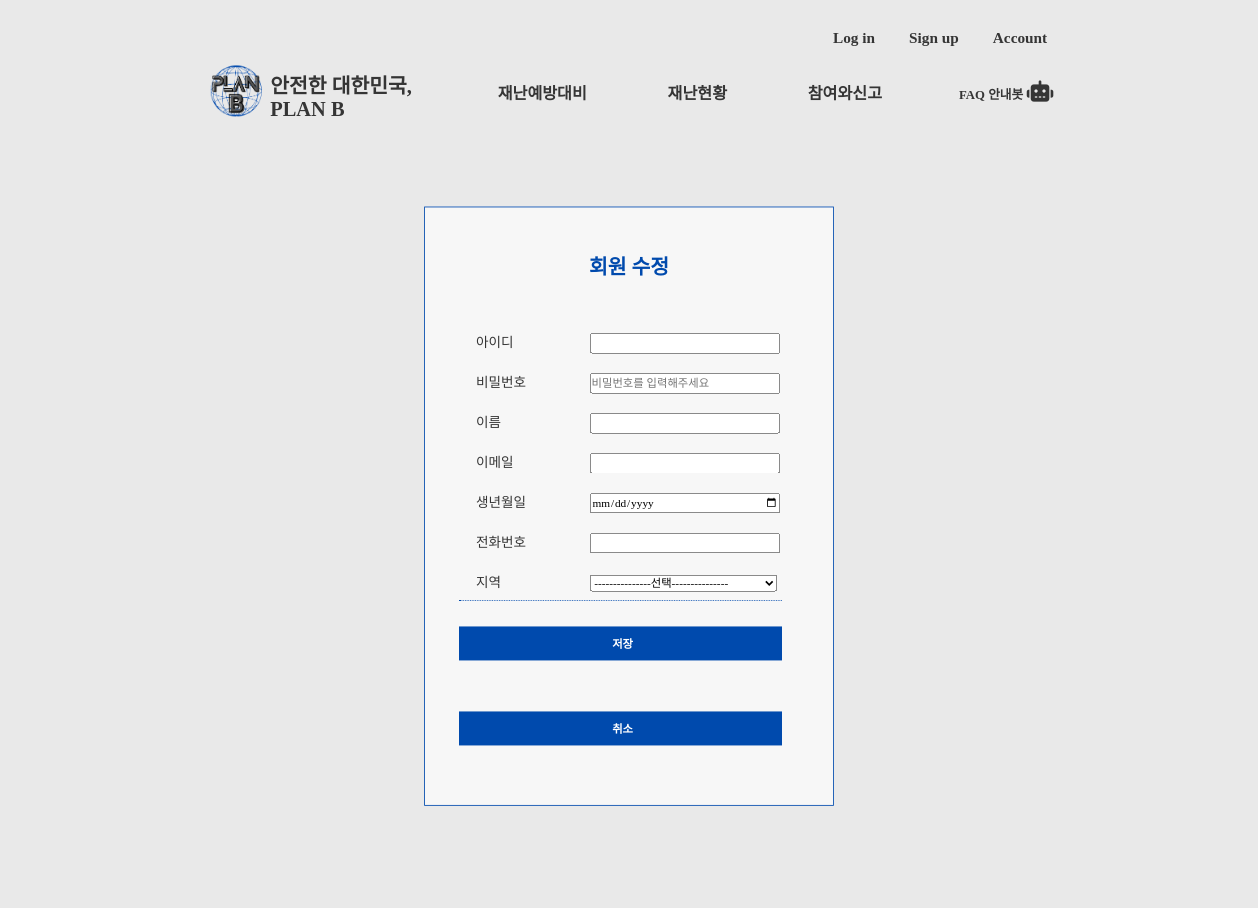
Repository: finalteam4/final
Page: http://localhost/member/update
An editor plug-in stored every save of this project. The page is shown before and after the next save, followed by the edit.
The browser window is 1280 px wide. The page is 1480 px wide, so the pictures cover 1480 px, including what lies to the right of the window. The pictures show the whole page, at 85% of full size.
Some web libraries are served in a nearby version. The page is this project's Thymeleaf template; nobody is signed in. The template is opened directly, without the code that normally fills it, so the values that code supplies are empty.

Above is the page before, as saved 2024-02-08 06:57:35.

### final/src/main/resources/templates/member/update.html
<!DOCTYPE html>
<html xmlns:th="http://www.thymeleaf.org">
<head>
<meta charset="UTF-8">
<title>회원정보...</title>
<link rel="stylesheet" th:href="@{/css/style.css}">
</head>
<body>
   <div class="ch">
    <div th:replace="~{header}"></div>
	<div id="container">
	  <section id="update">
		<h2>회원 수정</h2>
		<form th:action="@{/member/update}" method="post">
		<input type="hidden" name="id" th:value="${member.id}">
		   <fieldset>
		  	<ul>
		  		<li>
		  			<label for="memberId">아이디</label>
		  			<input type="text" name="memberId" readonly
		  				id="memberId" th:value="${member.memberId}">
		  		</li>
		  		<li>
		  			<label for="password">비밀번호</label>
		  			<input type="password" name="password"
		  			    id="password" placeholder="비밀번호를 입력해주세요">
		  		</li>
		  		<li>
		  			<label for="name">이름</label>
		  			<input type="text" name="name"
		  			    id="name" th:value="${member.name}">
		  		</li>
		  		<li>
		  			<label for="memberEmail">이메일</label>
		  			<input type="text" name="memberEmail"
		  			    id="memberEmail" th:value="${member.memberEmail}">
		  		</li>
		  		<li>
		  			<label for="memberAge">생년월일</label>
		  			<input type="date" name="memberAge"
		  			    id="memberAge" th:value="${member.memberAge}">
		  		</li>
		  		<li>
		  			<label for="mnumber">전화번호</label>
		  			<input type="text" name="mnumber"
		  			    id="mnumber" th:value="${member.mnumber}">
		  		</li>
		  		<li>
		  			<label for="memberArea">지역</label>
		  			 <select name="memberArea" id="memberArea" th:value="${member.memberArea}">
						    <option value="">---------------선택---------------</option>
						    <option value="서울특별시">서울특별시</option>
						    <option value="부산광역시">부산광역시</option>
						    <option value="대구광역시">대구광역시</option>
						    <option value="인천광역시">인천광역시</option>
						    <option value="광주광역시">광주광역시</option>
						    <option value="대전광역시">대전광역시</option>
						    <option value="울산광역시">울산광역시</option>
						    <option value="세종특별자치시">세종특별자치시</option>
						    <option value="경기도">경기도</option>
						    <option value="강원특별자치도">강원특별자치도</option>
						    <option value="충청북도">충청북도</option>
						    <option value="충청남도">충청남도</option>
						    <option value="전북특별자치도">전북특별자치도</option>
						    <option value="전라남도">전라남도</option>
						    <option value="경상북도">경상북도</option>
						    <option value="경상남도">경상남도</option>
						    <option value="제주특별자치도">제주특별자치도</option>
						</select>
		  		</li>
		  		<div class="line3"></div>
		  	    <li>
		  			<button type="submit" id="updatef">저장</button>
		  			<button type="reset" id="updatef">취소</button>
		  		</li>
		  	 </ul>
	  	    </fieldset>
	  	  </form>
	  	</section>
	</div>
	</div>
</body>
</html>

### final/src/main/resources/templates/header.html
<!DOCTYPE html>
<html xmlns:th="http://www.thymeleaf.org"
		xmlns:sec="http://www.thymeleaf.org/thymeleaf-extras-springsecurity6">
<head>
    <link rel="stylesheet" href="/css/Mainstyle.css">
    <script src="https://kit.fontawesome.com/6673aed616.js" crossorigin="anonymous"></script>
   	<script src="https://cdn.jsdelivr.net/npm/sockjs-client@1/dist/sockjs.min.js"></script>
	<script th:src="@{https://code.jquery.com/jquery-3.7.1.min.js}"></script>

</head>

<body>
    <header th:fragment="header-fragment">

        <section id="planB-header">
            <div class="planB-sidemenu">
            	<!-- 채채 페이지와 연결 -->
            	<th:block sec:authorize="isAnonymous()" >
	            	<a th:href="@{/login}">Log in</a>
	            	<a th:href="@{/member/join}">Sign up</a>
            	</th:block>
            	<a sec:authorize="isAuthenticated()" th:href="@{/logout}">Log out</a>

            	<a th:href="@{/member/account}">Account</a>
            </div>
			<!-- 프로젝트 로고 -->
            <div class="planB-menuWrap">
            	<a th:href="@{/}" class="main-img-logo">
           			<img th:alt="handmad_planB_logo" src="/images/planB-logo.png" style="width:60px; height:60px;">
           			<h2>안전한 대한민국,<br>PLAN B</h2>
            	</a>
          		<!-- 메인 메뉴 -->
	            <nav class="main-menu-wrap nav03">
	            	<div class="menu-container">
		            	<ul>
			            	<li class="main-menu-item">
			            		<a>재난예방대비</a>
			            		<!-- 서브메뉴 -->
			            		<ul class="submenu">
			            			<li>
		           						<a th:href="@{#}">자연재난 행동요령</a>
		           						<ul>
			            					<li><a th:href="@{/safeBehavior/Num1}">지진</a></li>
			            					<li><a th:href="@{/safeBehavior/Num4}">산사태</a></li>
			            					<li><a th:href="@{/safeBehavior/Num6}">대설</a></li>
			            				</ul>
		           					</li>
		           					<li>
		           						<a th:href="@{#}">사회재난 행동요령</a>
		           						<ul>
			            					<li><a th:href="@{/safeBehavior/Num2}">산불</a></li>
			            					<li><a th:href="@{/safeBehavior/Num3}">미세먼지</a></li>
			            					<li><a th:href="@{/safeBehavior/Num5}">붕괴</a></li>
			            				</ul>
		           					</li>
		           					<li>
			            				<a th:href="@{/contact/emer_contact}">비상연락망</a>
			            			</li>
			            		</ul>
			            	</li>
			            	<li class="main-menu-item">
			            		<a>재난현황</a>
			            		<!-- 서브메뉴 -->
			            		<ul class="submenu">
			            			<li>
			            				<a th:href="@{/data/data3}">지진</a>
			            			</li>
			            			<li>
			            				<a th:href="@{/data/data6}">산사태</a>
			            			</li>
			            			<li>
			            				<a th:href="@{/data/data7}">대기오염</a>
			            			</li>
			            			<li>
			            				<a th:href="@{/data/data5}">붕괴</a>
			            			</li>
			            			<li>
			            				<a th:href="@{/data/data2}">산불</a>
			            			</li>
									<!-- <li>
		           						<a th:href="@{/}">submenu 1</a>
		           						<ul>
			            					<li><a th:href="@{/}">child 1-1</a></li>
			            					<li><a th:href="@{/}">child 1-2</a></li>
			            					<li><a th:href="@{/}">child 1-3</a></li>
			            				</ul>
		           					</li> -->
			            		</ul>
			            	</li>
			            	<li class="main-menu-item">
			            		<a>참여와신고</a>
			            		<!-- 서브메뉴 -->
			            		<ul class="submenu">
			            			<li>
			            				<a th:href="@{/board/}">게시판</a>
			            				<ul>
			            					<li><a th:href="@{/noticeboard/}">공지사항</a></li>
			            					<li><a th:href="@{/infoboard/}">제보게시판</a></li>
			            					<li><a th:href="@{/qnaboard/}">질문게시판</a></li>
			            					<li sec:authorize="hasAnyAuthority('ADMIN')" >
			            						<a th:href="@{/report/}" style="color:red;">신고게시판</a>
			            					</li>
			            				</ul>
			            			</li>
			            			<li>
	                                   <a th:href="@{/ex/survey}" onclick="return alert('당신의 재난 지식을 점검하세요!')">체크리스트</a>
	                                </li>
			            			<li>
		           						<a th:href="@{#}" onclick="chatOpen()">채팅방</a>
		           					</li>
			            		</ul>
			            	</li>
		            	</ul>
			            <!-- FAQ 토글 버튼 -->
					    <div class="menu-bot-img" id="faqToggleButton">
					        <span>FAQ 안내봇</span>
					        <i class="fa-solid fa-robot" style="font-size:25px;"></i>
					    </div>
					    <!-- FAQ 오버레이 배경 -->
						<div id="faqOverlay"></div>
					    <!-- FAQ 컨테이너 -->
					    <div id="faqContainer" style="display:none;">
					        <!-- JavaScript가 여기에 질문 버튼을 동적으로 추가합니다 -->
					    </div>
		            </div>
	            </nav>
            </div> <!-- planB-menuWrap -->
        </section>
    </header>
<script th:src="@{/js/faq-chatbot.js}"></script>
<script th:src="@{/js/favicon.js}"></script>

<script th:inline="javascript">
    function chatOpen() {
        // 창의 크기
        let windowWidth = 820;
        let windowHeight = 400;

        // 뷰포트 크기 (스크롤바 고려)
        let viewportWidth = Math.max(document.documentElement.clientWidth || 0, window.innerWidth || 0);
        let viewportHeight = Math.max(document.documentElement.clientHeight || 0, window.innerHeight || 0);

        // 창의 위치
        let popupX = viewportWidth - windowWidth;
        let popupY = viewportHeight - windowHeight;

        // 새 창 열기
        window.open("/chat/", "채팅방", "width=" + windowWidth + ", height=" + windowHeight + ", left=" + popupX + ", top=" + popupY);
    }
</script>
</body>
</html>

### final/src/main/resources/static/css/style.css
@charset "UTF-8";


/* 공통 */

*{margin: 0; padding: 0; font-family: 'NanumSquareRound';}

html, body{height:auto; min-height:100%; min-width:1440px; width:100%; color: #353535; background: #e9e9e9;}

a{text-decoration: none; color:#353535; font-weight:900;}
a:hover{text-decoration: none; color: #004aad; font-weight:900;}
ul li{list-style: none;}




/* nagyung */


/* =============================================
                     header
================================================ */
#planB-header{width:100%; max-width:1024px; margin:0 auto;
	/* border:1px solid black; */ /* body: 1024px틀 마지막에 지울예정 */
}
/* header - 로그인, 회원가입, 마이페이지 */
.planB-sidemenu{
	width:100%;
	display:flex;
	justify-content: flex-end;
}
.planB-sidemenu a{padding: 15px 20px; font-size:18px;}
/* header - 로고, 메인메뉴, 챗봇 */
.planB-menuWrap{width:100%; display:flex; margin-bottom:10px;}
.main-img-logo{
	width:310px;
	display:flex;
	align-items: center;
	padding-left:20px;
	}
.main-img-logo h2{padding:10px 0 0 10px;  font-weight:900;}

.main-menu{
	width:90%;
	margin:0 auto;
	display:flex;
	justify-content: space-evenly;
    align-items: center;
    padding-top:20px;
    }
.main-menu a{font-size:19px; letter-spacing:1px;}
.main-menu span{font-size:15px;}
/*===============================================
 					footer
=================================================*/



/* chaehee */

.ch{
  width: 100%;
  padding: 20px;
  background-color: #E9E9E9;


  .container{width: 90%; padding: 30px; margin: 0 auto;}


/* login 스타일 */
  #login{
    margin: 100px auto;
    padding: 40px;
    width: 380px;
    background-color: #f7f7f7;
    border: 1px solid rgb(0, 74 , 173);
    flex-direction: column;
  }
  #login h2{
    text-align: center;
    margin: 20px;
    color: rgb(0, 74 , 173);
  }
  #login fieldset{
    border: none;
  }

  #login li input{
  	border-style: none;
    margin: 15px auto;
    padding: 0 10px 0 10px;
    width: 100%;
    height: 40px;
    text-indent: 5px;
  }
  #login #username,
  #login #password,
  #login #loginbutton,
  #login #joinf{
    box-sizing: border-box;
    border: 1px solid #004aad;
  }
  #login #loginbutton,
  #login #joinf{
    font-weight: bold;
  }
  #login #loginbutton{
    background-color: #004aad;
    color: white;
  }
  #login #joinf{
    background-color: white;
    color: #004aad;
  }
  .line {
    display:flex;
    flex-basis:100%;
    align-items:center;
    color:rgba(0,0,0,0.35);
    font-size:14px;
    margin:10px 0px;
  }
  .line::before{
    content:"";
    flex-grow:1;
    margin:0px 16px;
    background:rgba(0,0,0,0.35);
    height:1px;
    font-size:0px;
  }
  .line::after {
    content:"";
    flex-grow:1;
    margin:0px 16px;
    background:rgba(0,0,0,0.35);
    height:1px;
    font-size:0px;
  }

  /* join 스타일 */
  #join{
    margin: 100px auto;
    padding: 40px;
    width: 400px;
    background-color: #f7f7f7;
    border: 1px solid rgb(0, 74 , 173);
    flex-direction: column;
  }
  #join h2{
    text-align: center;
    margin: 10px 20px 50px 20px;
    color: rgb(0, 74 , 173);
  }
  #join fieldset{
    border: none;
  }
  #join label{
    display: inline-block;
    width: 120px;
    margin: 10px 0px 10px 20px;
  }
  #join input[type="text" i],
  #join input[type="password" i],
  #join input[type="date" i],
  #join select  {
  width: 220px;
  height: 20px;
  margin: 10px;
  }
  #join #joinf, #join #kakao, #join #naver, #join #google {
  	border-style: none;
    margin: 15px 10px;
    width: 380px;
    height: 40px;
    text-indent: 5px;
  }

  #join #joinf{
    background-color: #004aad;
    color: white;
    font-weight: bold;
  }
  /* account 스타일 */
  #account{
    width: 60%;
    margin: 100px auto;
    display: flex;
    border: 1px solid #004aad;
    background-color: #f5f5f5;
    max-width: 1024px;
  }
  #left{
    width: 40%;
    height: 100%;
  }
  #left #mimage{
    width: 50%;
    aspect-ratio: 1 / 1;
    margin: 20px auto;
    background-color: #dadada;
    border-radius: 50%;
    margin-top: 25%;
    overflow: hidden;
  }
   #left #mimage img{
   display: block;
   width: 100%;
   }
  #left h6{
    padding-bottom: 50px;
    text-align: center;
    font-size: 15px;
  }
  #left .mbutton{
    margin: 10% auto;
    padding: 5%;
    width: 50%;
    border-radius: 30px;
    text-align: center;
    color: white;
    font-weight: bold;
  }
  #left #update{
    background-color: #dadada;
    font-size: 15px;
  }
  #left #logout{
    background-color: #004aad;
    font-size: 15px;
  }
  #right{
    margin: auto;
    padding: 30px;
    width: 90%;
    height: 100%;
    display: flex;
    flex-direction: column;
    justify-content: center;
  }
  #right h5{
    width: 100%;
    margin: 10px;
  }
  #right .mcontent{
    display: flex;
    flex-direction: column;
    margin: 5px 0 25px 0;
    padding: 5px 0;
    width: 100%;
    background-color: #ececec;
    border-top: 1px solid #004aad;
    border-bottom: 1px solid #004aad;
    align-items: center;
  }
  #right .mcontent p{
	padding: 8px 0px;
    width: 90%;
    border-bottom: 1px dashed white;
    text-align: center;
  }
  #right .mcontent p:last-child {
  border-bottom: none;
}
  .line2 {
    border-left: 1px dotted #004aad;
    width: 0;
  }

/* update 스타일 */
  #update{
    margin: 100px auto;
    padding: 40px;
    width: 400px;
    background-color: #f7f7f7;
    border: 1px solid rgb(0, 74 , 173);
    flex-direction: column;
  }
  #update h2{
    text-align: center;
    margin: 10px 20px 50px 20px;
    color: rgb(0, 74 , 173);
  }
  #update fieldset{
    border: none;
  }
  #update label{
    display: inline-block;
    width: 120px;
    margin: 10px 0px 10px 20px;
  }
  #update input[type="text" i],
  #update input[type="password" i],
  #update input[type="date" i],
  #update select  {
  width: 220px;
  height: 20px;
  margin: 10px;
  }
  #update #updatef{
    border-style: none;
    margin: 15px 10px;
    width: 380px;
    height: 40px;
    text-indent: 5px;
  }

  #update #updatef{
  	margin: 30px 0;
    background-color: #004aad;
    color: white;
    font-weight: bold;
  }
 .line3 {
  margin-top: 30px 10px;
  border-top: 1px dotted #004aad;
  width: 380px;
  }



}

/* yubin */


.main-main {
	width:1024px;

    background-color: #d9d9d9;
    margin: 0 auto;
}
/* 메뉴 */
#state_sub{
		background: #1b4fa2 url(/images/titBg.jpg) no-repeat 50% 50%;
}
#state_sub .stateWrap > strong {
    display: block;
    margin-bottom: 30px;
    text-align: center;
    font-size: 44px;
    font-weight: 200;
    color: #fff;
    line-height: 1.1em;
}
#state_sub .stateWrap ul {
    text-align: center;
}
#state_sub .stateWrap ul li {
    display: inline-block;
    position: relative;
    margin: 0 24px;
    padding-bottom: 6px;
}
#state_sub .stateWrap ul li.active a strong {
    color: #fff;
    font-weight: 400;
}
#state_sub .stateWrap ul li a strong {
    display: block;
    font-size: 16px;
    font-weight: 200;
    color: rgba(255, 255, 255, 0.5);
}

/*산불페이지 */
.leftArea{
	float: left;

}
.leftArea img{
	width: 400px;
	height: 600px;
	margin: 10px 0 0 10px;
}
.rightArea{
	display:inline-block;
	margin-left: 20px;

}
.rightArea h2{
	margin-top: 20px;

}

.todayArea ul li{
	list-style: none;
	float: left;
    width: 183px;
    height: 110px;
    padding: 24px 0 0;
    margin-right: 10px;
    text-align: center;
    line-height: 1em;
    background: #f1f1f1;
    box-sizing: border-box;
    margin-top: 20px;
    margin-bottom: 20px;
}
/* 표 전체 스타일 */
.tableArea {
    width: 590px;
    height: 400px;
    margin-top:20px;
    overflow: auto; /* 내용이 넘칠 경우 스크롤 표시 */
}

/* 표 제목 스타일 */
.tableArea table {
    width: 100%;
    border-collapse: collapse;
    font-size: 14px;
}

/* 각 셀 스타일 */
.tableArea th, .tableArea td {
    border: 1px solid #ddd;
    padding: 8px;
    text-align: center;
}

/* 각 열 스타일 */
.tableArea th {
    background-color: #f0f0f0;
}

/* 각 행 스타일 */
.tableArea tr:hover {
    background-color: #f5f5f5;
}
 .terms317 img {

    width: 900px; /* 너비를 원하는 크기로 지정 */
    height: auto; /* 높이는 자동으로 조절됩니다. */

  }
.terms317 p{
	margin-left: 55px;
}
  .terms318 img {
    width: 300px; /* 너비를 원하는 크기로 지정 */
    height: auto; /* 높이는 자동으로 조절됩니다. */
  }

  .terms319 img {
    width: 250px; /* 너비를 원하는 크기로 지정 */
    height: auto; /* 높이는 자동으로 조절됩니다. */
  }

  .terms320 img {
    width: 550px; /* 너비를 원하는 크기로 지정 */
    height: auto; /* 높이는 자동으로 조절됩니다. */
  }

  .terms321 img {
    width: 550px; /* 너비를 원하는 크기로 지정 */
    height: auto; /* 높이는 자동으로 조절됩니다. */
  }


  .tabSlideWrap {
    padding: 10px;
  }

  .swiper-container-horizontal {
    position: relative;
    display: flex;
    justify-content: space-around;
  }

  .swiper-wrapper {
    list-style: none;
    padding: 0;
    margin: 0;
    display: flex;
  }

  .swiper-slide {
    margin-right: 20px;
  }

  .swiper-slide a {
    text-decoration: none;
    color: black;
    padding: 10px;
    display: block;
  }

  .swiper-slide a:hover {
    background-color: #f0f0f0;
  }
 /* 산불끝 */









/* KH */

/* 비상연락처 */

#container_emer h2{text-align:center; font-size: 3em; color:#e9e9e9; padding-top: 20px;
   margin-bottom: 50px;}
#container_emer{text-align: center; background-color: #e9e9e9;}
#emer_title{height: 95px; background-color:#004aad;}
#emer_tbl {border-collapse: collapse; margin: 20px auto;}
#emer_tbl td{width: 150px; height: 30px; border: 2px solid #ddd;
	padding: 8px; text-align: center; color: #363636; background-color:#f9f9f9;}
.region {cursor: pointer;}
#map {width: 1024px; height: 1024px;margin: 30px auto; background-color: rgba(255,255,255,1);
	}









/* sanghyun */

#content{
	width: 1024px;
	margin: 0px auto;
	height: 200vh;
}
h2.board_h2{
	color: #fff; text-align: center;
	width: 100%;
	height: 60px;
	background-color: #004aad;
	font-weight: bold;
	margin: 0;
	line-height: 60px;

}

#data_content{
	width: 100%;
	margin-top: 100px;
}

.news_section{
	margin: 50px 0px 0px 100px;
	width : 45%;
	border: 10px solid #fc80ac;
	display: block;
    float: left;
    padding: 10px;
    font-size:0.8rem;
}
.news_section p{
	margin: 5px;
}
.org_name{
	padding: 5px;
	font-size:1rem;
}
.board_section{
	display: block;
    float: left;
    margin: 50px 10px;
}


/* 게시판 */
.board_content{
	width: 100%;
	background-color: #fff;
	height: 100%;
}


.tbl_list {
	margin: 0 auto;
	width: 95%;
	text-align: center;
	border-collapse: collapse;
}
.tbl_list td, th{
	border-left: none;
	border-right: none;
	border-bottom: 1px solid black;
}
.td_title {width: 50%; text-overflow: ellipsis; white-space:nowrap;}

.board_btn {
   width: 90px;
   height: 35px;
   background-color: #cdcdcd;
   border: 1px solid #353535;
   border-radius: 10px;
   box-shadow: 2px 2px 4px rgba(0, 0, 0, 0.5);
   font-weight: bold;
}

.board_btn:hover{
	background-image: linear-gradient(to bottom right, #002255, #004aad);
	color: #fff;
}


/* 페이지 버튼 */
.pagination_btn {
    display: flex;
    justify-content: center;
    align-items: center; /* 수직 가운데 정렬 추가 */
    font-size: 15px;
    line-height: normal;
}

.page-box {
    margin: 0 10px;
    font-weight: bold;
    display: inline-block;
}

.page-num-btn {
    width: 20px;
    height: 20px;
    border-radius: 50%;
    margin: 5px auto;
}

.page-btn.disabled {
    pointer-events: none;
    cursor: default;
    color: #aaa;
}

.page-btn.active {
    display: inline-flex;
    align-items: center; /* 수직 가운데 정렬 추가 */
    justify-content: center;
    width: 30px;
    height: 30px;
    background-image: radial-gradient(ellipse, #0088FF, #004AAD);
    border-radius: 50%;
    color: #fff;
    text-align: center;
}

.page-btn.active .page-box {
    display: inline-block;
    color: #fff;
}

/* 게시판 검색창 */
.search_btn{
   width: 450px;
   height: 35px;
   margin: 0px auto;
   background-color: #cdcdcd;
   border: 1px solid #353535;
   border-radius: 10px;
   padding-top: 10px;
   box-shadow: 2px 2px 4px rgba(0, 0, 0, 0.5);
}

.search_btn2{
   width: 350px;
   height: 35px;
   margin: 0px auto;
   background-color: #cdcdcd;
   border: 1px solid #353535;
   border-radius: 10px;
   padding-top: 10px;
   box-shadow: 2px 2px 4px rgba(0, 0, 0, 0.5);
}

.toggle_btn{
   width: 80px;
   height: 25px;
   border: none;
   border-radius: 5px;
   text-align: center;
   background-color: #fff;
   margin: 0px 10px;
}
.search_box{
   width: 230px;
   height: 25px;
   border: none;
   border-radius: 5px;
   padding: 0px 10px;
}
.board_btn1 {
   width: 70px;
   height: 25px;
   border: none;
   border-radius: 0 5px 5px 0;
   border-left : 1px solid #000;
   background-color: rgba(0, 0, 0, 0);
   font-weight: semi-bold;
}
.board_btn2 {
   width: 50px;
   height: 25px;
   border: none;
   background-color: rgba(0, 0, 0, 0);
   font-weight: semi-bold;
}

/* 게시글 상세보기 */
.tbl_detail{
	width: 95%;
	margin: 0 auto;
}
.tbl_detail td, th{
	border-left: none;
	border-right: none;
}

/* 댓글 */
.replyform{
	width: 95%;
	margin: 0 auto;
}
.replyWrite{
	margin-top:10px;
	border-color:#ccc;
}
#rcontent{
	width:100%;
}
.reply_reply{
	margin-top: 10px;
}

/* 글쓰기 */
.custom-file-input {
    display: none; /* 숨김 */
}

.custom-file-label {
    width: 90px;
    height: 35px;
    background-color: #cdcdcd;
    border: 1px solid #353535;
    border-radius: 10px;
    box-shadow: 2px 2px 4px rgba(0, 0, 0, 0.5);
    font-weight: bold;
    display: flex;
    justify-content: center;
    align-items: center;
    cursor: pointer;
    float: left;
    margin-bottom: 10px;
    margin-right: 10px;
}

.custom-file-label:hover{
	background-image: linear-gradient(to bottom right, #002255, #004aad);
	color: #fff;
}

.file-name{
	line-height: 35px;
}

.form-control {
  display: block;
  width: 95%;
  border: 1px solid #dee2e6;
  border-radius: 0.375rem;
  margin: 0 auto;
  padding: 5px;
}

@media (prefers-reduced-motion: reduce) {
  .form-control {
    transition: none;
  }
}
.form-select {
  display: block;
  width: 95%;
  border: 1px solid #dee2e6;
  border-radius: 0.375rem;
  margin: 0 auto;
}
@media (prefers-reduced-motion: reduce) {
  .form-select {
    transition: none;
  }
}
/* 채팅방 */

@media (max-width: 1024px) {
  #content {
    width:100%;
  }
  table{
  font-size: 1.5vw
  }
  .search_btn{
  	width: 425px;
  }
}



@media (max-width: 425px) {
  #content {
    width:355px;
  }
  table{
  font-size: 10px;
  }
  .search_btn{
  	width:355px;
  }
}



/* 헤더 */
header #head_header nav{
	width: 100%;
	height: 80px;
	background: #e9e9e9;
	border-top: 1px solid #ccc;
	border-bottom: 1px solid #ccc;
}
header #head_header h1{
	text-align:center;
}
#top_menu{line-height: 80px; text-align:center;}
#top_menu li{display: inline-block; margin: 0 20px; }
#top_menu li a{color: #444; padding: 0 20px;}
#top_menu li a:hover{color: #111;}

Loaded but not shown: final/src/main/resources/static/js/faq-chatbot.js (83 lines, source omitted); final/src/main/resources/static/js/favicon.js (19 lines, source omitted); final/src/main/resources/static/css/Mainstyle.css (775 lines, source omitted)

After the next save:
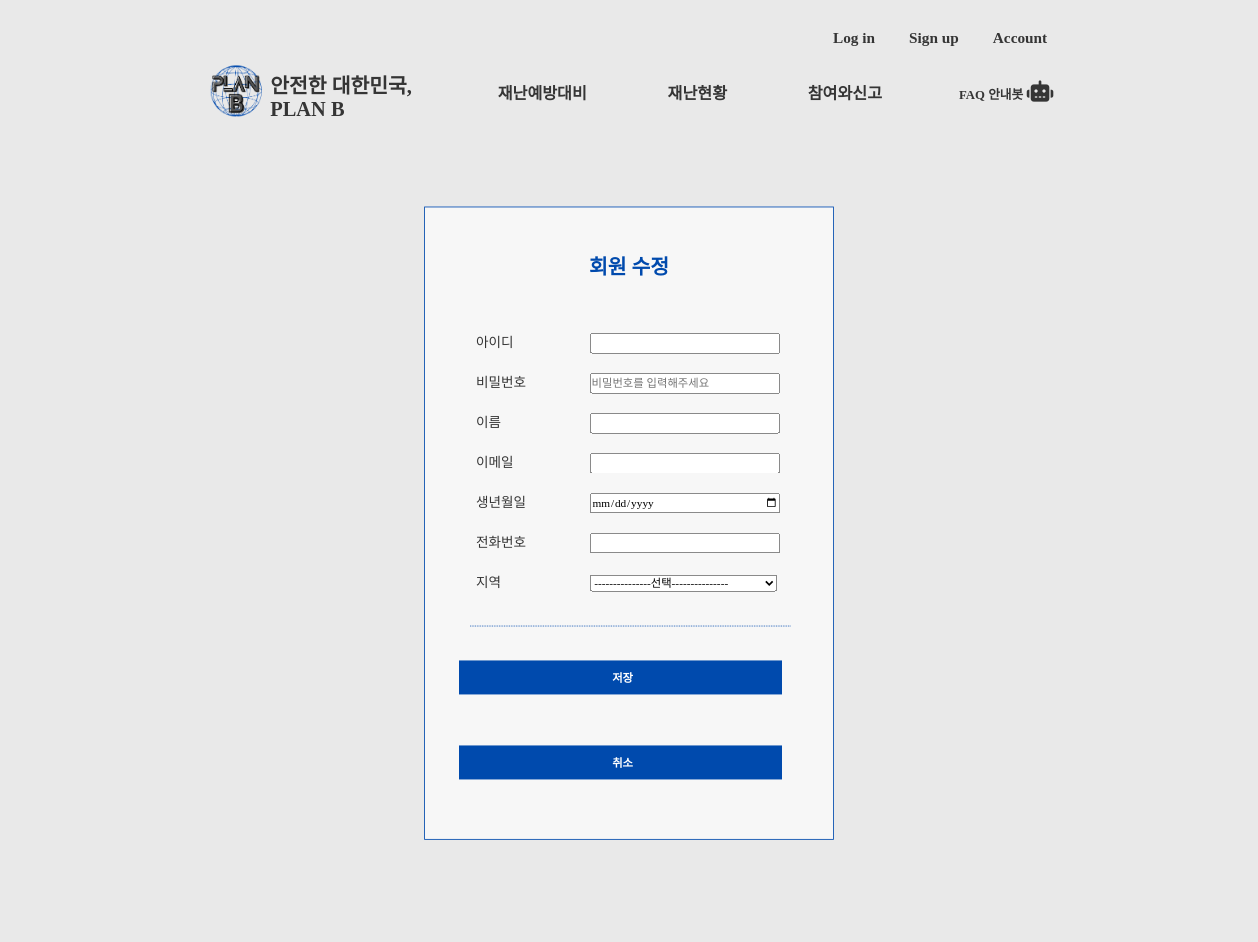
Saved 9 s later.
--- a/final/src/main/resources/static/css/style.css
+++ b/final/src/main/resources/static/css/style.css
@@ -311,7 +311,7 @@ ul li{list-style: none;}
     font-weight: bold;
   }
  .line3 {
-  margin-top: 30px 10px;
+  margin: 30px 10px 10px 10px;
   border-top: 1px dotted #004aad;
   width: 380px;
   }
